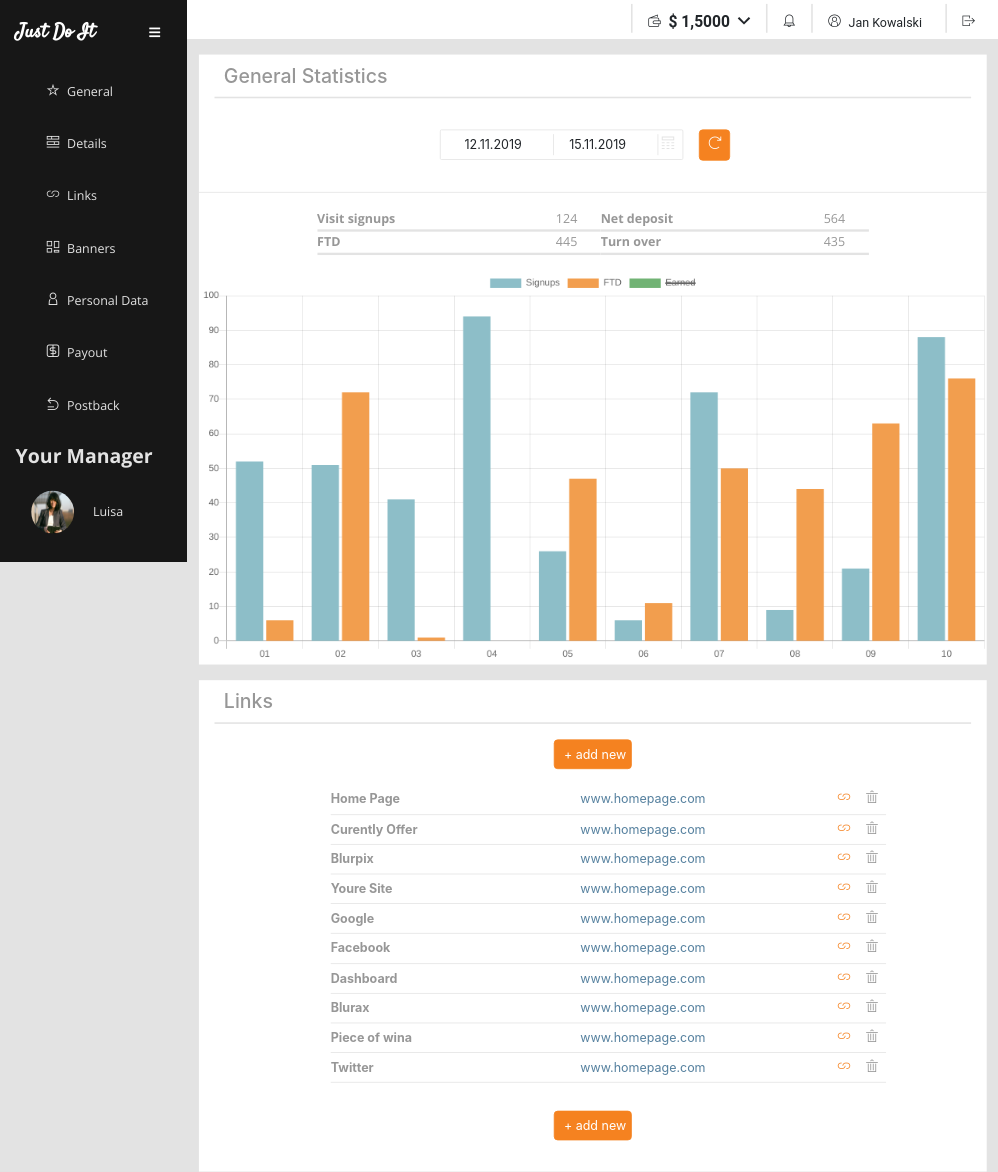
Repository: OllaWilk/wwwJustDoIt
Page: index.html
An editor plug-in stored every save of this project. The page is shown before and after the next save, followed by the edit.
The browser window is 1280 px wide. The pictures show the whole page, at 78% of full size.
Some web libraries are served in a nearby version. The style sheet was rebuilt from its Sass, Less or Tailwind sources for each picture, by a compiler version that may differ from the author's.

Above is the page before, as saved 2019-12-25 18:00:17.

### index.html
<!DOCTYPE html>
<html lang=”en”>
    <head>
        <meta charset=”utf-8”>
        <meta name="viewport" content="width=device-width, initial-scale=1.0">
        <meta http-equiv="X-UA-Compatible" content="ie=edge">
        <meta name="description" content="Projekt indywidualny z kursu Kodilla">
        <meta name="keywords" content="kodilla, indiwidual, project">
        <title>Just Do It - soloProject</title>
            <link href="https://use.fontawesome.com/releases/v5.7.2/css/all.css" rel="stylesheet">
            <link href="https://fonts.googleapis.com/css?family=Open+Sans:400,400i,700|Satisfy&display=swap&subset=latin-ext" rel="stylesheet">
            <link rel="stylesheet" href="https://stackpath.bootstrapcdn.com/bootstrap/4.1.3/css/bootstrap.min.css" integrity="sha384-MCw98/SFnGE8fJT3GXwEOngsV7Zt27NXFoaoApmYm81iuXoPkFOJwJ8ERdknLPMO" crossorigin="anonymous">
            <link rel="stylesheet" href="css/style.css">
            <link rel="stylesheet" href="vendor/css/Glyphter.css">
        </head>

    <body>
        <nav class = "navigation">
            <div class = "navigationWraper">
                <div class  ="navigationTop">
                    <h1 class = "logo">Just Do It</h1>
                    <i id="hamburger" class="fas fa-bars"></i>
                </div>
                <div = class="navigationWraperMobile">
                    <ul>
                        <li><i id="start" class="icon-general"></i><a class="menuButon" href="index.html">General</a></li>
                        <li><i id="details" class="icon-details"></i><a class="menuButon" href="index.html">Details </a></li>
                        <li><i id="links" class="icon-links"></i><a class="menuButon" href="index.html">Links</a></li>
                        <li><i id="banners" class="icon-banners"></i><a class="menuButon" href="index.html">Banners</a></li>
                        <li><i id="personal data" class="icon-personaldata"></i><a class="menuButon" href="index.html">Personal Data</a></li>
                        <li><i id="payout" class="icon-payout"></i><a class="menuButon" href="index.html">Payout</a></li>
                        <li><i id="postback" class="icon-postback"></i><a class="menuButon" href="index.html">Postback</a></li>
                    </ul>
                    <div class = "menagoImg">
                        <h2>Your Manager</h2>
                        <a class="menuButon" href = "index.html">
                            <img src="images/business-woman-746766_1920.jpg">
                        </img>Luisa</a>
                    </div>
                </div>
            </div>
        </nav>

        <div class= "topMenu">
            <div class = "topMenuWrapper">
                <div class= "iconsTopMenu">
                    <i id="wallet" class="icon-wallet"></i>
                    <h3>$ 1,5000</h3>
                    <i id="arrowDown" class="icon-arrow-down-small"></i>
                </div>
                <div class= "iconsTopMenu">
                    <i id="notification" class="icon-notification"></i>
                </div>
                <div class= "iconsTopMenu">
                    <i id="profile" class="icon-profile"></i>
                    <p>Jan Kowalski</p>
                </div>
                <div class= "iconsTopMenu">
                    <i id="start" class="icon-quit"></i>
                </div>
            </div>
        </div>

        <section class = "container">
            <div class = "section  mainPage">
                <h2  class="title">General Statistics</h2>
                <div class="dates">
                    <div class="datesConteiner">
                        <div class="dateStart">12.11.2019</div>
                        <div class="dateEnd">15.11.2019 </div>
                        <i id="calendar" class="icon-calendar"></i>
                    </div>
                    <a href="index.html" id="refresh" class="btnRefrsh btn icon-refresh"></a>
                </div>
                <div class="statistic">
                    <div class="legendWrap">
                        <table>
                            <tr>
                              <td class="visitSignups">
                                <h3>Visit signups</h3>
                                <p>124</p>
                              </td>
                              <td class="netDeposit">
                                <h3>Net deposit</h3>
                                <p>564</p>
                              </td>
                            </tr>
                            <tr>
                              <td class="FTD">
                                <h3>FTD</h3>
                                <p>445</p>
                              </td>
                              <td class="turnOver">
                                <h3>Turn over</h3>
                                <p>435</p>
                              </td>
                            </tr>
                        </table>
                    </div>
                    <canvas id="myChart"></canvas>
                </div>
            </div>

            <div class = "section links">
                <h2  class="title">Links</h2>
                <div class="btnWraper">
                    <a href="index.html" id="refresh" class="btn btnAddNew">+ add new</a>
                </div>
                <div class = "linkWraper">
                    <ul>
                        <li>
                            <p>Home Page</p>
                            <a href="index.html">www.homepage.com</a>
                            <i id="start" class="colorLinks icon-links"></i>
                            <i id="start" class="icon-trash"></i>
                        </li>
                        <li>
                            <p>Curently Offer</p>
                            <a href="index.html">www.homepage.com</a>
                            <i id="start" class="colorLinks icon-links"></i>
                            <i id="start" class="icon-trash"></i>
                        </li>
                        <li>
                            <p>Blurpix</p>
                            <a href="index.html">www.homepage.com</a>
                            <i id="start" class="colorLinks icon-links"></i>
                            <i id="start" class="icon-trash"></i>
                        </li>
                        <li>
                            <p>Youre Site</p>
                            <a href="index.html">www.homepage.com</a>
                            <i id="start" class="colorLinks icon-links"></i>
                            <i id="start" class="icon-trash"></i>
                        </li>
                        <li>
                            <p>Google</p>
                            <a href="index.html">www.homepage.com</a>
                            <i id="start" class="colorLinks icon-links"></i>
                            <i id="start" class="icon-trash"></i>
                        </li>
                        <li>
                            <p>Facebook</p>
                            <a href="index.html">www.homepage.com</a>
                            <i id="start" class="colorLinks icon-links"></i>
                            <i id="start" class="icon-trash"></i>
                        </li>
                        <li>
                            <p>Dashboard</p>
                            <a href="index.html">www.homepage.com</a>
                            <i id="start" class="colorLinks icon-links"></i>
                            <i id="start" class="icon-trash"></i>
                        </li>
                        <li>
                            <p>Blurax</p>
                            <a href="index.html">www.homepage.com</a>
                            <i id="start" class="colorLinks icon-links"></i>
                            <i id="start" class="icon-trash"></i>
                        </li>
                        <li>
                            <p>Piece of wina</p>
                            <a href="index.html">www.homepage.com</a>
                            <i id="start" class="colorLinks icon-links"></i>
                            <i id="start" class="icon-trash"></i>
                        </li>
                        <li>
                            <p>Twitter</p>
                            <a href="index.html">www.homepage.com</a>
                            <i id="start" class="colorLinks icon-links"></i>
                            <i id="start" class="icon-trash"></i>
                        </li>
                    </ul>

                </div>
                <div class="btnWraper">
                    <a href="index.html" id="refresh" class="btn btnAddNew">+ add new</a>
                </div>
            </div>
        </section>

        <script src="https://cdnjs.cloudflare.com/ajax/libs/Chart.js/2.4.0/Chart.min.js"></script>
        <script src="js/script.js"></script>
    </body>
</html>

### js/script.js
const hamburgerMenuLeft = document.getElementById('hamburger');
const mobileMenu = document.querySelector('.navigationWraperMobile');

hamburger.addEventListener('click', function(){
    mobileMenu.classList.toggle('active');
});

var ctx = document.getElementById('myChart').getContext('2d');

var chart = new Chart(ctx, {
    // 1
    type: 'bar',
    data: {
        // 2
        labels: ["01", "02", "03", "04", "05", "06", "07", "08", "09", "10"],
        // 3
        datasets: [{
            // 4
            label: "Signups",
            // 5
            backgroundColor: '#8DBEC8',
            borderColor: '#8DBEC8',
            // 6
            data: [ 52, 51, 41, 94, 26, 6, 72, 9, 21, 88 ],
        },
        {
            label: "FTD",
            backgroundColor: '#F29E4E',
            borderColor: '#F29E4E',
            data: [ 6, 72, 1, 0, 47, 11, 50, 44, 63, 76 ],
        },
        {
            label: "Earned",
            backgroundColor: '#71B374',
            borderColor: '#71B374',
            data: [ 59, 49, 68, 90, 67, 41, 13, 38, 48, 48 ],
            // 7
            hidden: true,
        }]
    },
});

### sass/style.scss
/*importy styli*/
@import "variables";
@import "mixins";

@import "normalize";
@import "layout";

@import "sections/leftNavigtation";
@import "sections/topUserMenu";

@import "pages/mainPage";
@import "pages/links";
@import "components/mediaQuery";

### sass/_variables.scss
/*stałe graficzne*/
/*colors*/
$color-dark: #171717;
$color-light: #ffffff;
$color-buttonGreyDark: #979797;
$color-buttonGreyLight: #bbbbbb;
$color-buttonDisable: #e4e4e4;
$color-background: #E3E3E3;
$color-buttonOrangeDark: #F58220;
$color-buttonOrangeLight: #FFA200;
$color-onlineButton: #04AE00;
$color-notificationClicked: #74B67A;
$color-notificationUnclicked: #96CC9B;
$color-buttonNegativeClicked: #DE5252;
$color-buttonNegativeUnclicked: #EC7171;
$color-links: #56819F;
$color-strongRed: #FF0000;

/*font sizes*/

$paragraph-font-size: 16px;

/*fonts*/
$logo: 'Satisfy', cursive;
$brand-font: "Open Sans", Helvetica, Arial;
$default-font: 'Roboto', sans-serif;

### sass/_mixins.scss
/*buttons*/
.btn {
  display: inline-block;
  border-radius: 5px;
  font-size: 16px;
  text-align: center;
  text-decoration: none;
  cursor: pointer;
  border: 1px solid $color-buttonOrangeDark;
  background-color: $color-buttonOrangeDark;
  color: $color-light;
  width: 100px;
  &:hover {
    background-color: $color-light;
    color: $color-buttonGreyDark;
    border: 1px solid $color-buttonGreyDark;
  }
}


.btnRefrsh {
  width: 40px;
  height: 40px;
  margin: 20px;
}

@mixin flex-center {
  display: flex;
  justify-content: center;
}

/*links*/

### sass/_layout.scss
/*Global*/
html {
    box-sizing: border-box;
}

*, *::before, *::after {
    box-sizing: inherit;
}

body {
    margin: 0;
    background-color: $color-background;
    font-size: 16px;
    line-height: 1.7;
    display: flex;
}

.container {
    width: calc(100% - 240px); //NIE DZIAŁA DLACZEGO?
    top: 70px;
    left: 240px;
    position: absolute;
    z-index: -1;
}

.section {
    background-color: $color-light;
    //width: 141%; //tu musi być 141% bo szerokość kontenera nie mogę zmienić
}

### sass/sections/_leftNavigtation.scss
.navigation {
    width: 240px;
    height: 100vh;
    position: fixed;
    background-color: $color-dark;
    color: $color-light;
    padding: 10px;

}

.navigationWraper {
    font-family: $brand-font;
    ul {
        font-size: 16px;
        list-style-type: none;
        color: $color-background;
        li {
            margin: 20px 0px;
            padding:10px;
            &:hover {
                border-left: 4px solid $color-buttonOrangeDark;
            }
        }
    }
}

.navigationTop {
        display: flex;
        align-items: baseline;
        i {
            font-size: 16px;
            margin-left: 70px;
            cursor: pointer;
            &:hover {
                color: $color-buttonOrangeDark;
        }
    }
}

.logo {
    font-family: $logo;
    font-size: 25px;
    font-weight: 600;
    margin-left: 10px;
}

.menuButon {
    color: $color-background;
    font-family: $brand-font;
    font-size: 16px;
    margin: 0 10px;
    text-decoration: none;
    &:hover {
        color: $color-background;
        text-decoration: none;
    }
}

.menagoImg {
    h2 {
        font-size: 25px;
        font-weight: 600;
        color: $color-background;
        margin: 25px 0 10px 10px;
    }
    a {
        img {
            border-radius: 50%;
            height: 55px;
            width: 55px;
            margin: 20px;
        }

    }
}

### sass/sections/_topUserMenu.scss
.topMenu {
    background-color: $color-light;
    width: calc(100% - 240px);
    height: 50px;
    margin-left: 240px;
    position: fixed;
}

.topMenuWrapper {
    display: flex;
    float: right;
    width: auto;
    margin: 5px 10px;
}

.iconsTopMenu {
    display: flex;
    align-items: baseline;
    border-left: 2px solid $color-background;
    padding: 10px 20px 0 20px;
    i {
        display:inline-block;
    }
    h3 {
        font-size: 20px;
        margin: 0 10px;
        font-weight: bold;
        font-family: $default-font;
    }
    p{
        font-size: 16px;
        margin: 0 10px;
        font-family: $default-font;
    }
}

/*UWAGI
inny krótszy zapisz gdzie p z 52 linijki html jest zamienione na h3: nie działa :first-child a działa :last-child

.iconsTopMenu {
    display: flex;
    align-items: baseline;
    border-left: 2px solid $color-background;
    padding: 10px 20px 0 20px;
    i {
        display:inline-block;
    }
    h3 {
        font-size: 16px;
        margin: 0 10px;
        font-weight: bold;
        :first-child{
            font-weight: bold;
        }
    }
}

*/

### sass/pages/_mainPage.scss
.title {
    color: $color-buttonGreyDark;
    font-weight: 550;
    font-size: 25px;
    border-bottom: 2px solid $color-background;
    padding: 12px;
    margin: 0 20px;
}

//Daty

.dates {
    display: flex;
    justify-content: center;
    padding: 20px 30px;
    align-items: baseline;
    border-bottom: 1px solid $color-background;
}

.datesConteiner {
    padding: 5px 10px;
    border: 1px solid $color-background;
    border-radius: 2px;
    display: flex;
    align-items: baseline;
    div {
        border-right: 1px solid $color-background;
        padding-left: 20px;
        padding-right: 40px;
        font-size: 16px;
    }
    i {
        color: $color-background;
        padding-left: 5px;
    }
}

.legendWrap {
    table {
      margin: 20px auto;
      width: 70%;
      border-spacing: 25px; //dlaczego nie działasz?
      tr {
        td {
          position: relative;
          padding: 0;
          border-bottom: 3px solid $color-background;
          width: auto;
          h3, p {
            display: inline;
            font-family: $brand-font;
            font-size: 16px;
            font-weight: bold;
            color: $color-buttonGreyDark;
            padding-right:  30px;
          }
          p {
            position: absolute;
            right: 0;
            margin: 0;
            font-weight: 500;
          }
        }
      }
    }
  }

### sass/pages/_links.scss

//Linki
.links {
    margin-top: 20px;
    padding-bottom: 20px;
}

.btnWraper {
    display: flex;
    justify-content: center;
}

.btnAddNew {
    margin: 20px;

}

.linkWraper {
    font-size: 16px;
    color: $color-buttonGreyDark;
    display: flex;
    justify-content: center;
    ul {
        li {
            display: flex;
            align-items: baseline;
            border-bottom: 1px solid $color-background;
            &:hover {
                background-color: $color-background;
            }
            p {
                font-weight: bold;
                margin: 5px 0;
                width: 320px;
            }
        }
    }
    a {
        color: $color-links;
        text-decoration: none;
        width: 320px;
    }
    i {
        margin: 0 10px;
    }
}

.colorLinks {
    color: $color-buttonOrangeDark;
    margin-left: 320px;
}

### sass/components/_mediaQuery.scss
@media (max-width: 750px) {
    /*topUserMenu*/
    .topMenu {
        margin: auto;
        z-index: -1;
    }

    .topMenuWrapper {
        display: none;
    }

    /*leftNavigationMenu*/

    .navigation  {
        width: 100%;
        height: auto;
    }

    .navigationTop {
        justify-content: space-around;
        z-index: 1;
    }

    .navigationWraperMobile {
        display: none;
    }

    .navigationWraperMobile.active {
        display: block;
        position: fixed;
        right: 0;
        height: 100%;
        background-color: $color-dark;
        z-index: 1;
        line-height: 0;
    }

    .container {
        left: 0;
        width: 100%;
        top: 100px;
    }

    .linkWraper {
        width: 100%;
        ul {
            li {
            display: block;
            p {
                width: 100px;
            }
            }
        }
    }
}

Loaded but not shown: vendor/css/Glyphter.css (common file); sass/_normalize.scss (common file)

After the next save:
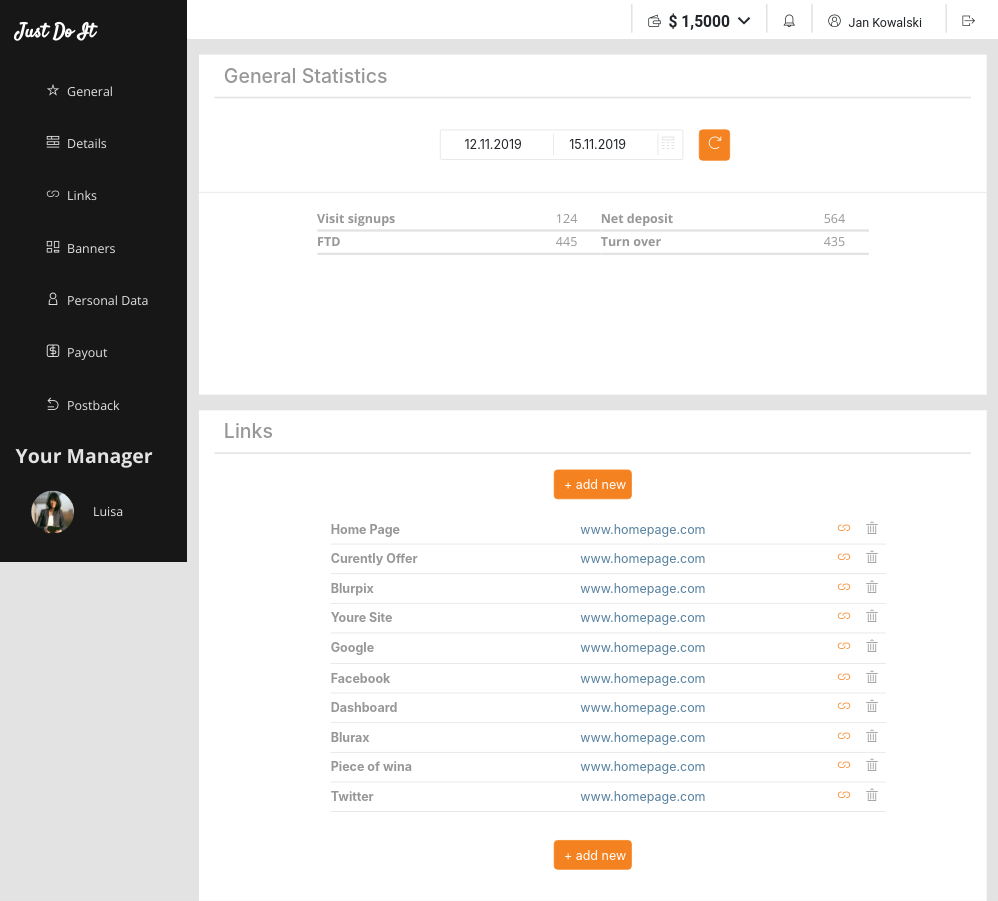
Console error: TypeError: hamburger.addEventListener is not a function
Saved 8 min 19 s later.
--- a/js/script.js
+++ b/js/script.js
@@ -4,6 +4,23 @@
 hamburger.addEventListener('click', function(){
     mobileMenu.classList.toggle('active');
 });
+
+function hamburger(visible) {
+    document.querySelector('.fa-bars').classList.toggle('show', visible)
+}
+
+
+
+function toggleMenu(visible) {
+    document.querySelector('.menu').classList.toggle('show', visible)
+  }
+
+  document.querySelector('.hamburger').addEventListener('click', function(e) {
+    e.preventDefault();
+    toggleMenu()
+  });
+
+
 
 var ctx = document.getElementById('myChart').getContext('2d');
 
--- a/sass/sections/_leftNavigtation.scss
+++ b/sass/sections/_leftNavigtation.scss
@@ -28,6 +28,7 @@
         display: flex;
         align-items: baseline;
         i {
+            opacity: 0%;
             font-size: 16px;
             margin-left: 70px;
             cursor: pointer;
--- a/sass/components/_mediaQuery.scss
+++ b/sass/components/_mediaQuery.scss
@@ -19,6 +19,9 @@
     .navigationTop {
         justify-content: space-around;
         z-index: 1;
+        i.active{
+
+        }
     }
 
     .navigationWraperMobile {

After the 2 saves that followed:
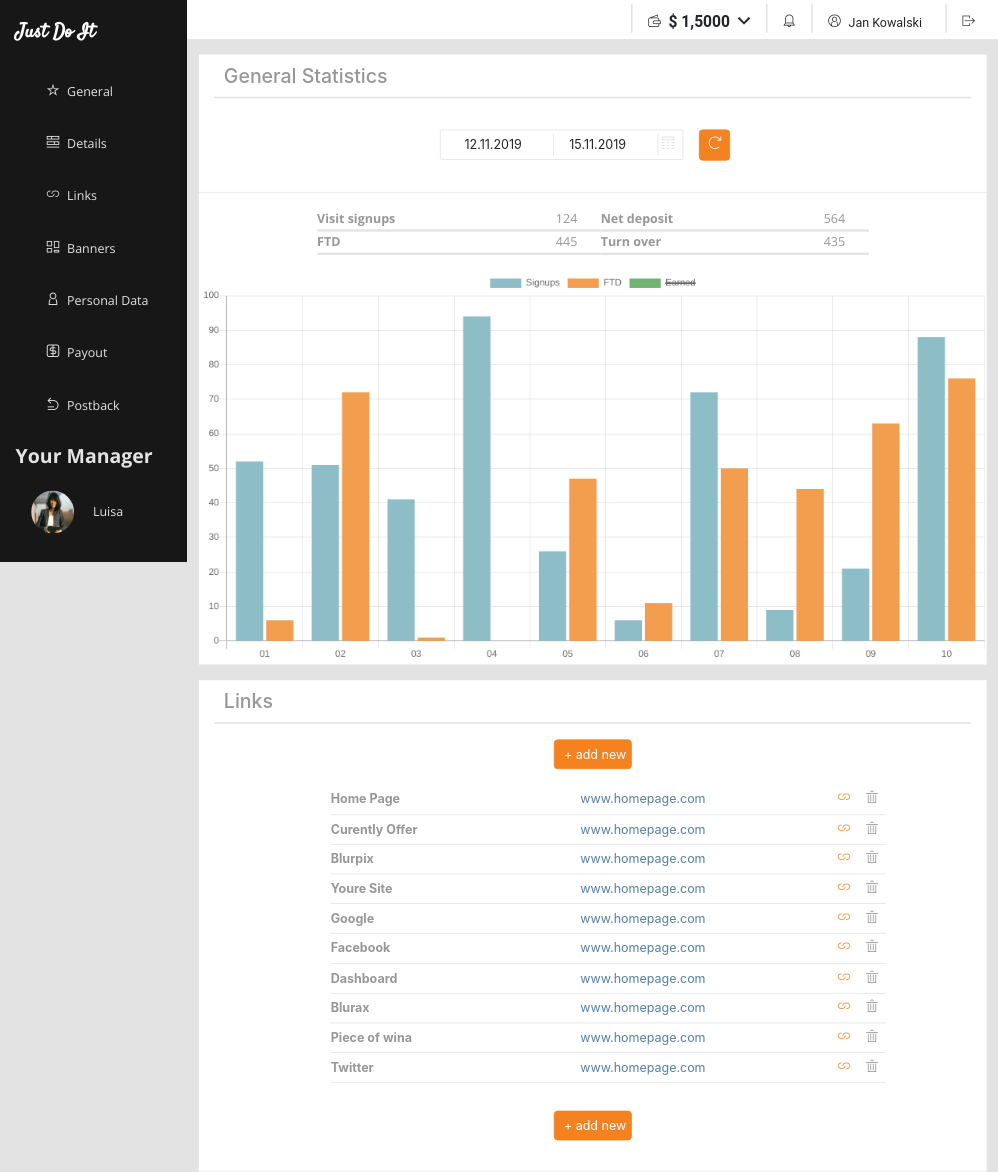
The error is gone.
The 2 saves are shown as one change because 1 left the picture as it was.
The last was saved 69 s later.
--- a/js/script.js
+++ b/js/script.js
@@ -4,23 +4,6 @@
 hamburger.addEventListener('click', function(){
     mobileMenu.classList.toggle('active');
 });
-
-function hamburger(visible) {
-    document.querySelector('.fa-bars').classList.toggle('show', visible)
-}
-
-
-
-function toggleMenu(visible) {
-    document.querySelector('.menu').classList.toggle('show', visible)
-  }
-
-  document.querySelector('.hamburger').addEventListener('click', function(e) {
-    e.preventDefault();
-    toggleMenu()
-  });
-
-
 
 var ctx = document.getElementById('myChart').getContext('2d');
 
--- a/sass/sections/_leftNavigtation.scss
+++ b/sass/sections/_leftNavigtation.scss
@@ -28,7 +28,7 @@
         display: flex;
         align-items: baseline;
         i {
-            opacity: 0%;
+            opacity: 0;
             font-size: 16px;
             margin-left: 70px;
             cursor: pointer;
